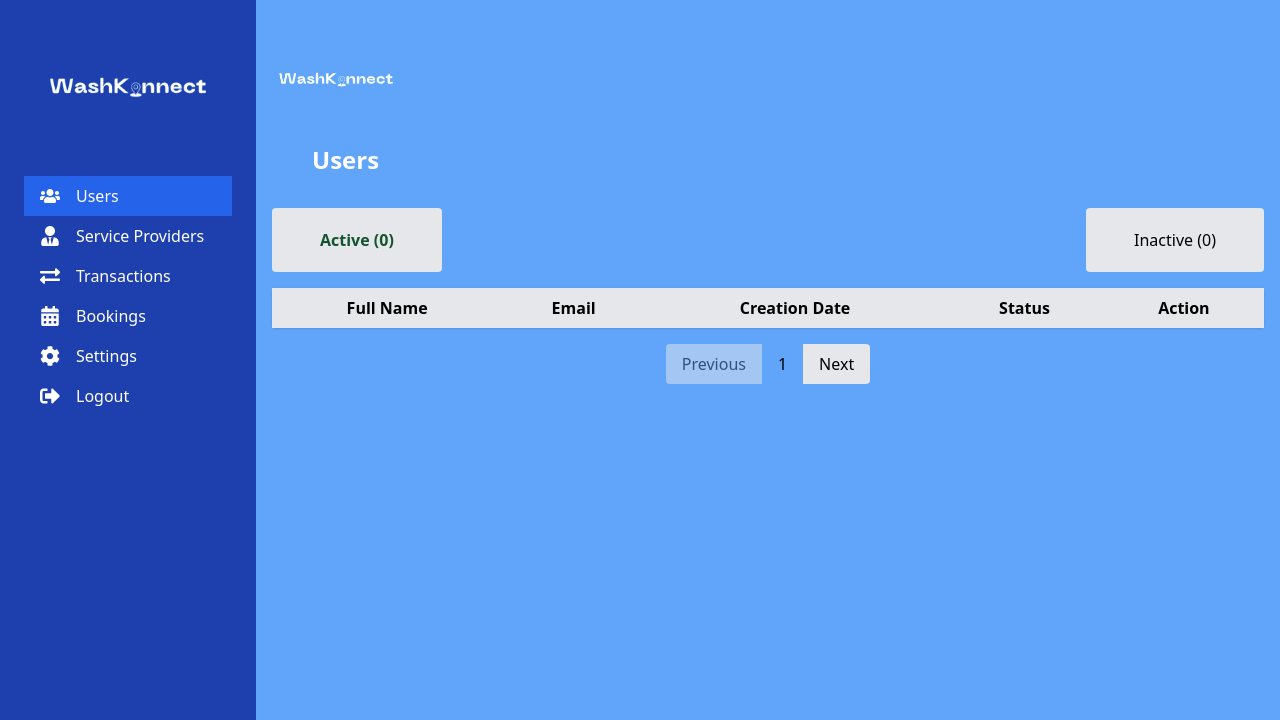
Repository: TEKVOLUTION-LTD/Admin-washKonnect
Page: /dashboard/users (app in Admin-WashKonnect/)
An editor plug-in stored every save of this project. The page is shown before and after the next save, followed by the edit.
The browser window is 1280 px wide. The pictures show the whole page.
The page's requests for data from a server got no answer. The project was rebuilt for these pictures with package versions that can differ from the ones it lists, and the page was loaded fresh each time. No one was signed in, and anything a server would have sent is missing. Also part of the build but not shown: Admin-WashKonnect/vite.config.js, Admin-WashKonnect/src/pages/LoginPage.jsx, Admin-WashKonnect/src/pages/ServiceProviderPage.jsx, Admin-WashKonnect/src/pages/TransactionsPage.jsx, Admin-WashKonnect/src/pages/BookingsPage.jsx, Admin-WashKonnect/src/pages/SettingsPage.jsx, Admin-WashKonnect/src/pages/LogoutPage.jsx, Admin-WashKonnect/src/pages/ServiceProviderProfile.jsx and 1 more.

Above is the page before, as saved 2024-11-25 14:40:34.

### Admin-WashKonnect/src/App.jsx
import { BrowserRouter as Router, Route, Routes } from "react-router-dom";
import LoginPage from "./pages/LoginPage";
import Dashboard from "./pages/Dashboard";
import SignUpPage from "./pages/SignUpPage";

function App() {
  return (
    <Router>
      <Routes>
        <Route path="/" element={<LoginPage />} />
        <Route path="/dashboard/*" element={<Dashboard />} />
        <Route path='/signup/*' element={<SignUpPage />} />
      </Routes>
    </Router>
  );
}

export default App;

### Admin-WashKonnect/src/pages/Dashboard.jsx
import { Route, Routes } from "react-router-dom";
import Sidebar from "../components/Sidebar";
import UserPage from "../components/UsersPage";
import ServiceProviderPage from "./ServiceProviderPage";
import TransactionsPage from "./TransactionsPage";
import BookingsPage from "./BookingsPage";
import SettingsPage from "./SettingsPage";
import LogoutPage from "./LogoutPage";
import ServiceProviderProfile from "./ServiceProviderProfile";

const Dashboard = () => {
  return (
    <div className="flex h-screen ">
      <Sidebar />
      <div className="flex-1 bg-blue-400 p-4 overflow-auto ">
        <Routes>
          <Route path="users" element= {<UserPage />} />
          {/* <Route path="users" element= {<UserPage />} /> */}
          <Route path="service-providers" element={<ServiceProviderPage />} />
          <Route path="service-providerprofile" element={<ServiceProviderProfile />} />
          <Route path="transactions" element={<TransactionsPage />} />
          <Route path="bookings" element={<BookingsPage />} />
          <Route path="settings" element={<SettingsPage />} />
          <Route path="logout" element={<LogoutPage />} />
        </Routes>
      </div>
    </div>
  );
};

export default Dashboard;

### Admin-WashKonnect/src/api/api.js
import axios from "axios";

const API = axios.create({
  baseURL: "http://localhost:5000/api", // Change this to match your backend URL
});

export default API;

### Admin-WashKonnect/src/components/Sidebar.jsx
import { NavLink } from "react-router-dom";
import { FaUsers, FaUserTie, FaExchangeAlt, FaCalendarAlt, FaCog, FaSignOutAlt } from "react-icons/fa";
import WashkonnectLogo from '../assets/WashkonnectLogo.png'

const Sidebar = () => {
  const links = [
    { name: "Users", path: "users", icon: <FaUsers /> },
    { name: "Service Providers", path: "service-providers", icon: <FaUserTie /> },
    { name: "Transactions", path: "transactions", icon: <FaExchangeAlt /> },
    { name: "Bookings", path: "bookings", icon: <FaCalendarAlt /> },
    { name: "Settings", path: "settings", icon: <FaCog /> },
    { name: "Logout", path: "logout", icon: <FaSignOutAlt /> },
  ];

  return (
    <div className="w-64 bg-blue-800 text-white h-full  flex flex-col ">
      <div>
        <img src={WashkonnectLogo} className="h-[11rem] mx-10" alt="" />
      </div>
      <nav className="flex-1 mt-[rem] px-[1.5rem] ">
        {links.map((link) => (
          <NavLink
            key={link.name}
            to={`/dashboard/${link.path}`}
            className={({ isActive }) =>
              `block px-4 py-2 flex items-center space-x-4 hover:bg-blue-400 ${
                isActive ? "bg-blue-600" : ""
              }`
            }
          >
            <span className="text-xl">{link.icon}</span>
            <span>{link.name}</span>
          </NavLink>
        ))}
      </nav>
    </div>
  );
};

export default Sidebar;

### Admin-WashKonnect/src/components/UsersPage.jsx
import { useState, useEffect } from "react";
import { NavLink } from "react-router-dom"; // Import NavLink for navigation
import API from "../api/api";
import Pagination from "./Pagination";
import WashkonnectLogo from "../assets/WashkonnectLogo.png";

const UserPage = () => {
  const [users, setUsers] = useState([]);
  const [filter, setFilter] = useState("active");
  const [currentPage, setCurrentPage] = useState(1);
  const [activeCount, setActiveCount] = useState(0); // Active users count
  const [inactiveCount, setInactiveCount] = useState(0); // Inactive users count
  const usersPerPage = 10;

  // Fetch users based on filter and calculate counts
  useEffect(() => {
    const fetchUsers = async () => {
      try {
        const response = await API.get(`/users`);
        const allUsers = response.data;

        // Calculate counts
        const activeUsers = allUsers.filter((user) => user.status === "active");
        const inactiveUsers = allUsers.filter((user) => user.status === "inactive");

        setActiveCount(activeUsers.length); // Update active count
        setInactiveCount(inactiveUsers.length); // Update inactive count

        // Filter users for the current view
        const filteredUsers =
          filter === "active" ? activeUsers : inactiveUsers;
        setUsers(filteredUsers);
      } catch (error) {
        console.error("Failed to fetch users", error);
      }
    };

    fetchUsers();
  }, [filter]);

  // Pagination logic
  const startIndex = (currentPage - 1) * usersPerPage;
  const displayedUsers = users.slice(startIndex, startIndex + usersPerPage);

  return (
    <div className="">
      <div>
        <img src={WashkonnectLogo} className="h-[8rem] mx-0" alt="WashKonnect Logo" />
      </div>
      <h1 className="font-bold text-2xl ml-10 text-white">Users</h1>

      {/* Buttons for active and inactive users */}
      <div className="flex justify-between mb-4 mt-[2rem]">
        <button
          onClick={() => setFilter("active")}
          className={`px-[3rem] py-5 rounded ${
            filter === "active" ? "bg-gray-200 text-green-900 font-bold" : "bg-gray-200"
          }`}
        >
          Active ({activeCount}) {/* Display active count */}
        </button>
        <button
          onClick={() => setFilter("inactive")}
          className={`px-[3rem] py-5 rounded ${
            filter === "inactive" ? "bg-gray-200 text-red-600 font-bold" : "bg-gray-200"
          }`}
        >
          Inactive ({inactiveCount}) {/* Display inactive count */}
        </button>
      </div>

      {/* User table */}
      <table className="w-full bg-white rounded shadow">
        <thead>
          <tr className="bg-gray-200">
            <th className="p-2">Full Name</th>
            <th className="p-2">Email</th>
            <th className="p-2">Creation Date</th>
            <th className="p-2">Status</th>
            <th className="p-2">Action</th> {/* Add Action column */}
          </tr>
        </thead>
        <tbody>
          {displayedUsers.map((user) => (
            <tr key={user.id} className="text-center border-t">
              <td className="p-2">{user.fullname}</td>
              <td className="p-2">{user.email}</td>
              <td className="p-2">{user.creationDate}</td>
              <td className="p-2">{user.status}</td>
              <td className="p-2">
                {/* Eye Icon with NavLink */}
                <NavLink to={`/dashboard/users/${user.id}`}>
                  <i className="fas fa-eye cursor-pointer text-blue-600"></i>
                </NavLink>
              </td>
            </tr>
          ))}
        </tbody>
      </table>

      {/* Pagination */}
      <Pagination
        totalItems={users.length}
        itemsPerPage={usersPerPage}
        currentPage={currentPage}
        onPageChange={(page) => setCurrentPage(page)}
      />
    </div>
  );
};

export default UserPage;

### Admin-WashKonnect/src/components/Pagination.jsx
const Pagination = ({ totalItems, itemsPerPage, currentPage, onPageChange }) => {
    const totalPages = Math.ceil(totalItems / itemsPerPage);

    return (
      <div className="flex justify-center mt-4">
        <button
          onClick={() => onPageChange(currentPage - 1)}
          disabled={currentPage === 1}
          className="px-4 py-2 bg-gray-200 rounded-l disabled:opacity-50"
        >
          Previous
        </button>
        <span className="px-4 py-2">{currentPage}</span>
        <button
          onClick={() => onPageChange(currentPage + 1)}
          disabled={currentPage === totalPages}
          className="px-4 py-2 bg-gray-200 rounded-r disabled:opacity-50"
        >
          Next
        </button>
      </div>
    );
  };

  export default Pagination;

Loaded but not shown: Admin-WashKonnect/index.html (common file); Admin-WashKonnect/src/main.jsx (common file); Admin-WashKonnect/src/index.css (common file); Admin-WashKonnect/tailwind.config.js (common file)

After the next save:
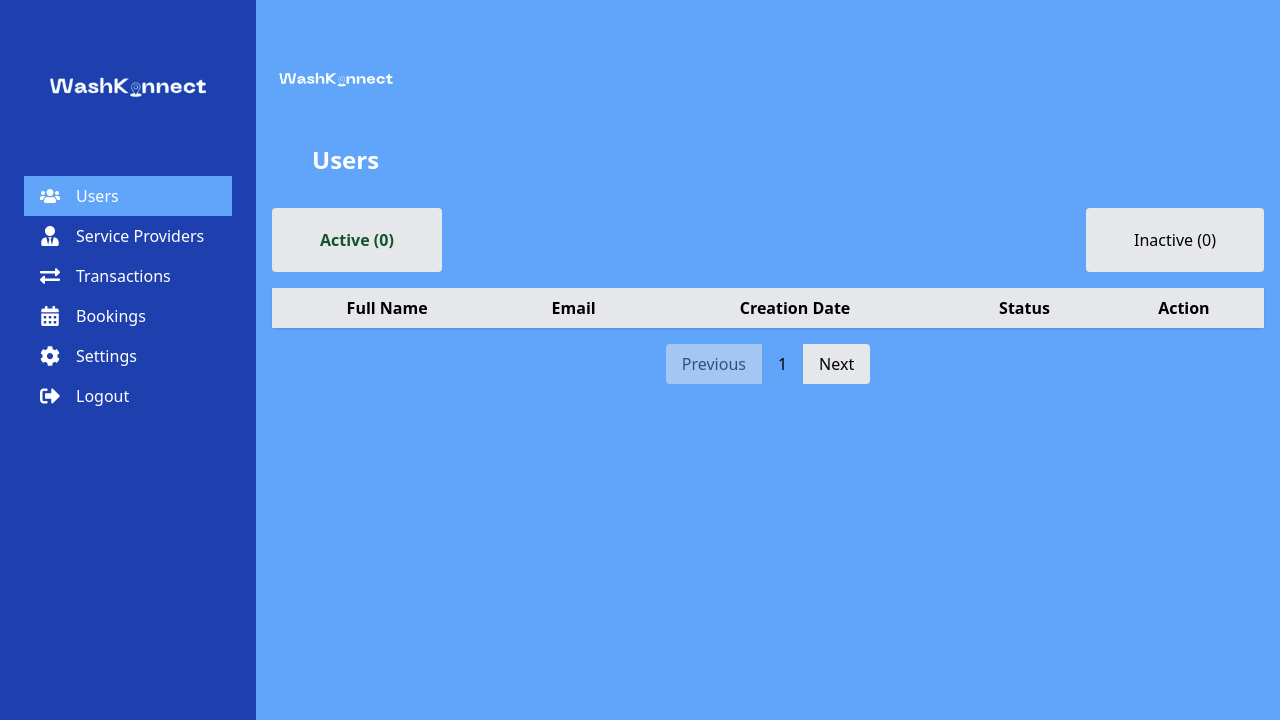
Saved 4 min 25 s later.
--- a/Admin-WashKonnect/src/components/Sidebar.jsx
+++ b/Admin-WashKonnect/src/components/Sidebar.jsx
@@ -24,7 +24,7 @@ const Sidebar = () => {
             to={`/dashboard/${link.path}`}
             className={({ isActive }) =>
               `block px-4 py-2 flex items-center space-x-4 hover:bg-blue-400 ${
-                isActive ? "bg-blue-600" : ""
+                isActive ? "bg-blue-400" : ""
               }`
             }
           >
